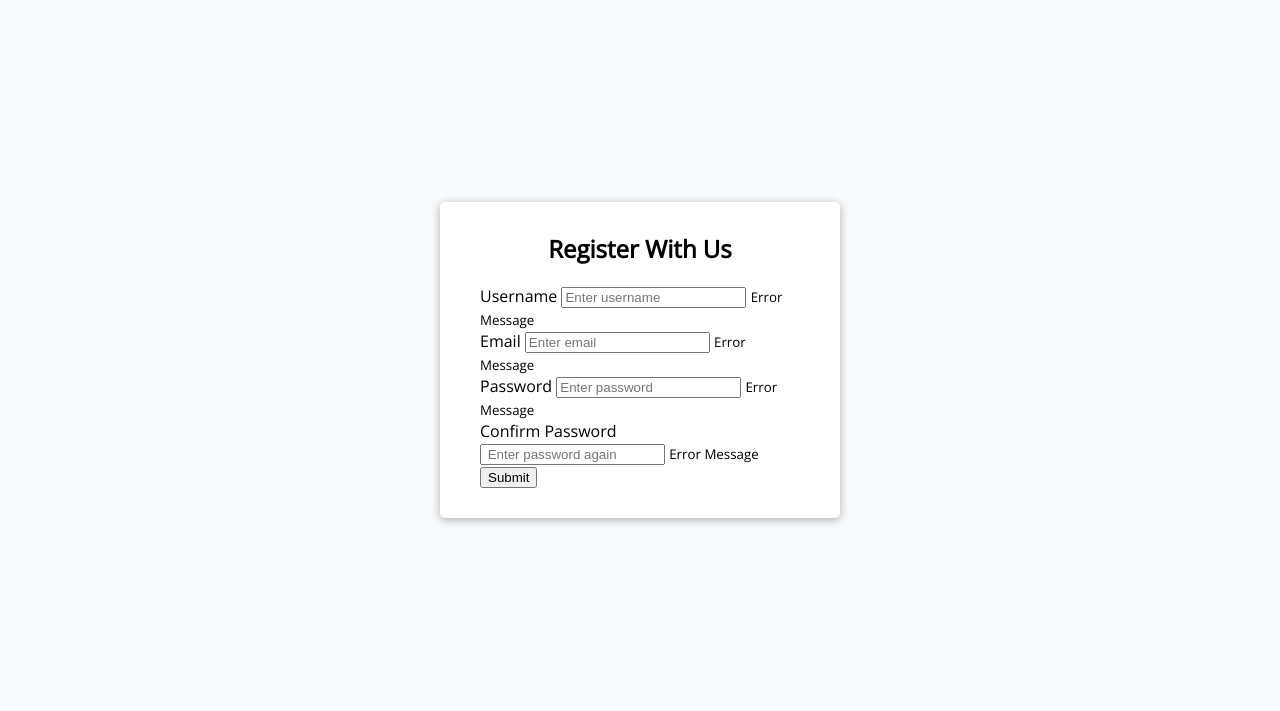
Repository: Youvelop/formValidator
Page: index.html
These files come from the project's save history. The page is drawn as it stood at one moment and after the next save; the edit follows.
The browser window is 1280 px wide. The pictures show the whole page.

Above is the page before, as saved 2020-06-25 18:49:55.

After the next save:
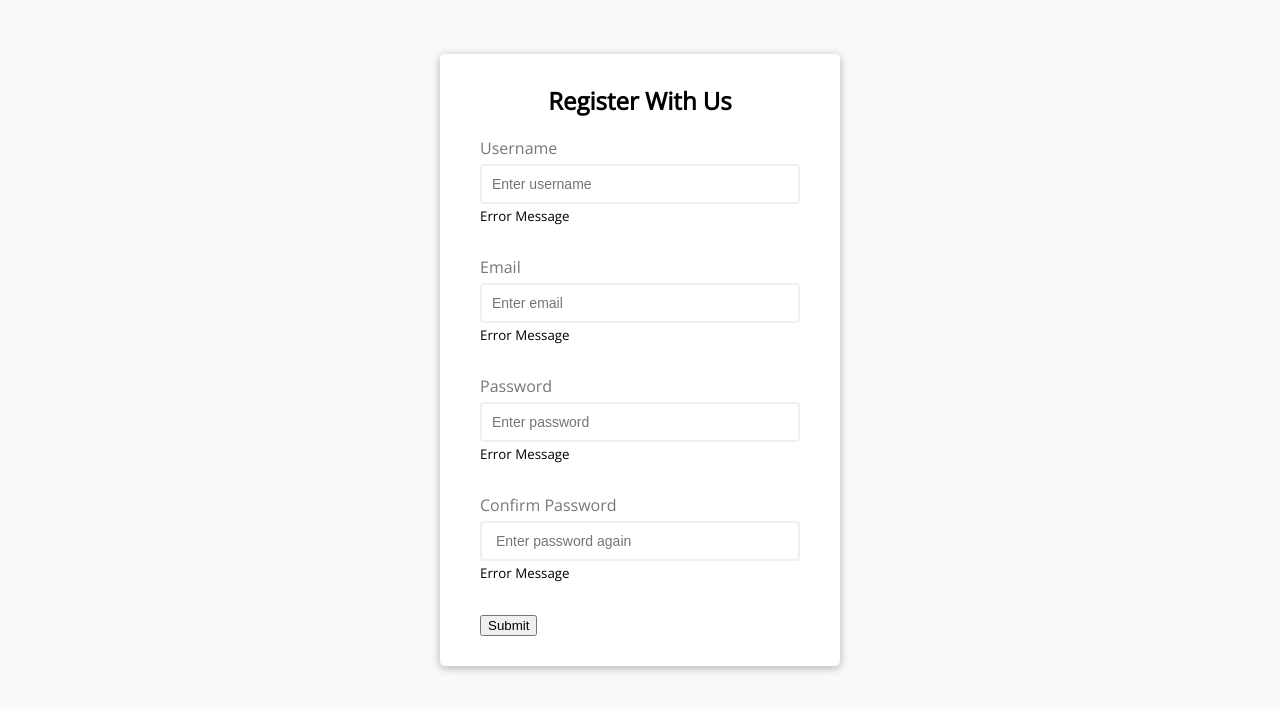
Saved 2 min 32 s later.
--- a/style.css
+++ b/style.css
@@ -21,11 +21,32 @@ body {
   width: 400px;
 }
 
+h2 {
+  text-align: center;
+  margin: 0 0 20px;
+}
+
 .form {
   padding: 30px 40px;
 }
 
-h2 {
-  text-align: center;
-  margin: 0 0 20px;
+.form-control {
+  margin-bottom: 10px;
+  padding-bottom: 20px;
+  position: relative;
 }
+
+.form-control label {
+  color: #777;
+  display: block;
+  margin-bottom: 5px;
+}
+
+.form-control input {
+  border: 2px solid #f0f0f0;
+  border-radius: 4px;
+  display: block;
+  width: 100%;
+  padding: 10px;
+  font-size: 14px;
+}
